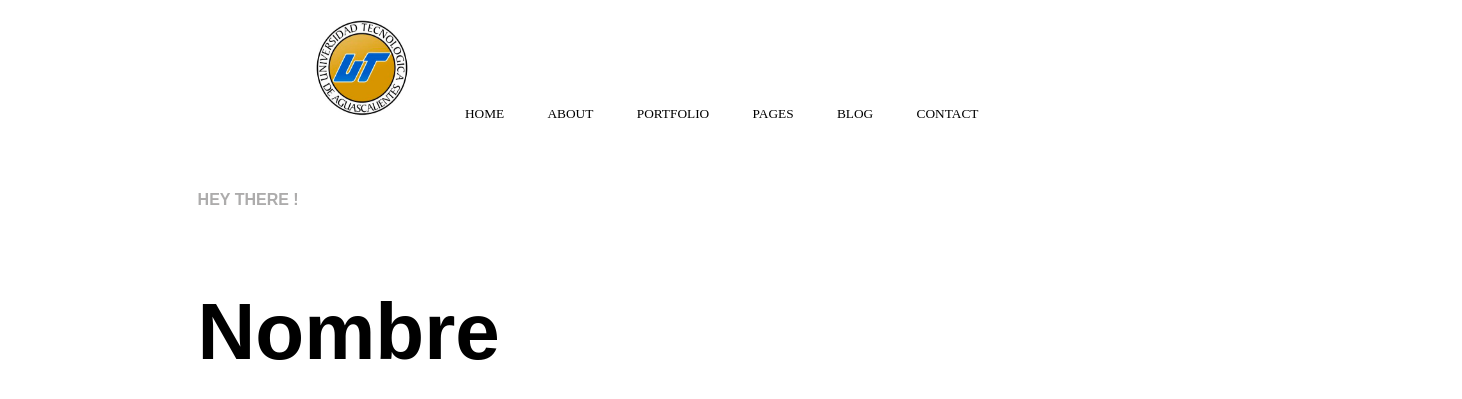
Repository: Armandoyerek11/proyectou1
Page: index.html
An editor plug-in stored every save of this project. The page is shown before and after the next save, followed by the edit.
The browser window is 1280 px wide. The page is 1462 px wide, so the pictures cover 1462 px, including what lies to the right of the window. The pictures show the whole page.

Above is the page before, as saved 2022-05-30 14:11:10.

After the next save:
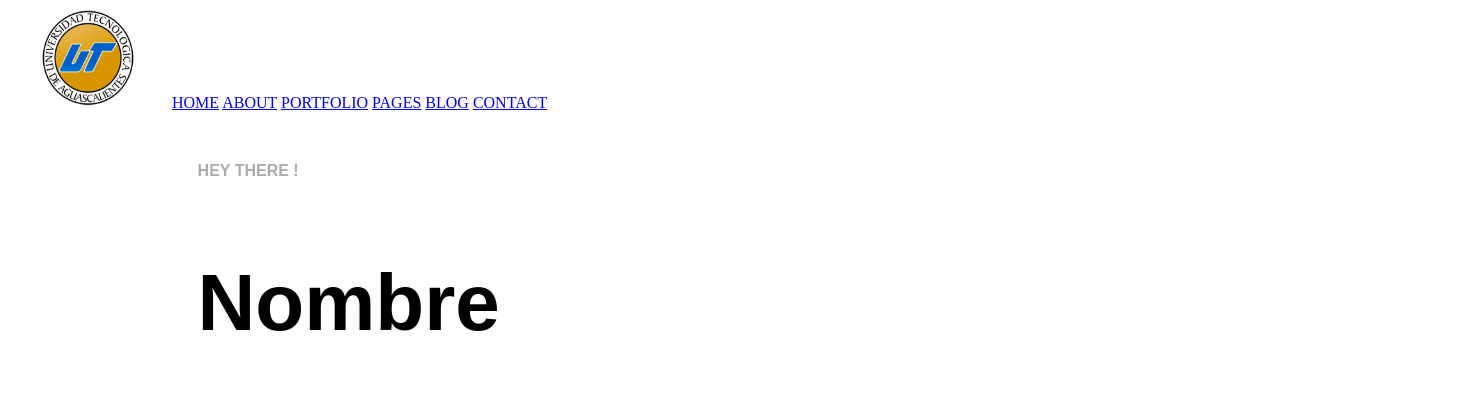
Saved 56 s later.
--- a/style.css
+++ b/style.css
@@ -1,18 +1,16 @@
-.nav_bar {
+nav ul {
+    list-style: none;
     display: inline-block;
-    background: white;
-    color: black;
-    text-align: center;
-    padding: 9px 20px;
-    text-decoration: none;
+    padding: 1px;
+    margin-left: 5px;
+    margin-right: 5px;
 }
 
-nav {
-    background: rgb(255, 255, 255);
-    padding: 10px;
-    text-align: center;
-    font-style: sans-serif;
-    font-size: smaller;
+nav ul li {
+    float: left;
+    margin-top: 0px;
+    margin-left: 5px;
+    margin-right: 5px;
 }
 
 .nav_bar:hover {
